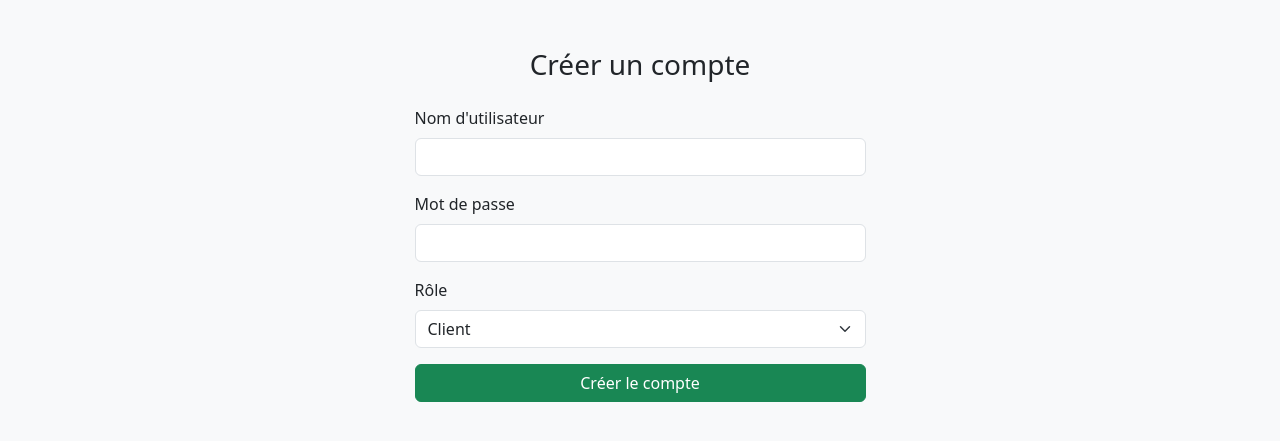
Repository: SaharGab/LocationsMaisons-JavaEE-VelvetEscape
Page: http://localhost/LocationMaisons/pages/register.jsp
These files come from the project's save history. The page is drawn as it stood at one moment and after the next save; the edit follows.
The browser window is 1280 px wide. The pictures show the whole page.
The page is served by Tomcat 10. Other server files are loaded and not shown.

Above is the page before, as saved 2025-04-22 19:23:37.

### LocationMaisons/src/main/webapp/pages/register.jsp
<%@ page language="java" contentType="text/html; charset=UTF-8" pageEncoding="UTF-8"%>
<!DOCTYPE html>
<html>
<head>
    <meta charset="UTF-8">
    <title>Créer un compte</title>
    <!-- Bootstrap CDN -->
    <link href="https://cdn.jsdelivr.net/npm/bootstrap@5.3.0/dist/css/bootstrap.min.css" rel="stylesheet">
</head>
<body class="bg-light">

<div class="container mt-5">
    <div class="row justify-content-center">
        <div class="col-md-5">
            <h3 class="text-center mb-4">Créer un compte</h3>

            <form action="RegisterServlet" method="post">
                <div class="mb-3">
                    <label for="username" class="form-label">Nom d'utilisateur</label>
                    <input type="text" class="form-control" id="username" name="username" required>
                </div>

                <div class="mb-3">
                    <label for="password" class="form-label">Mot de passe</label>
                    <input type="password" class="form-control" id="password" name="password" required>
                </div>

                <div class="mb-3">
                    <label for="role" class="form-label">Rôle</label>
                    <select class="form-select" id="role" name="role" required>
                        <option value="client">Client</option>
                        <option value="agent">Agent</option>
                        <option value="admin">Admin</option>
                    </select>
                </div>

                <button type="submit" class="btn btn-success w-100">Créer le compte</button>
            </form>

            <% String message = (String) request.getAttribute("message");
               if (message != null) { %>
                <div class="alert alert-info mt-3"><%= message %></div>
            <% } %>

        </div>
    </div>
</div>

</body>
</html>

After the next save:
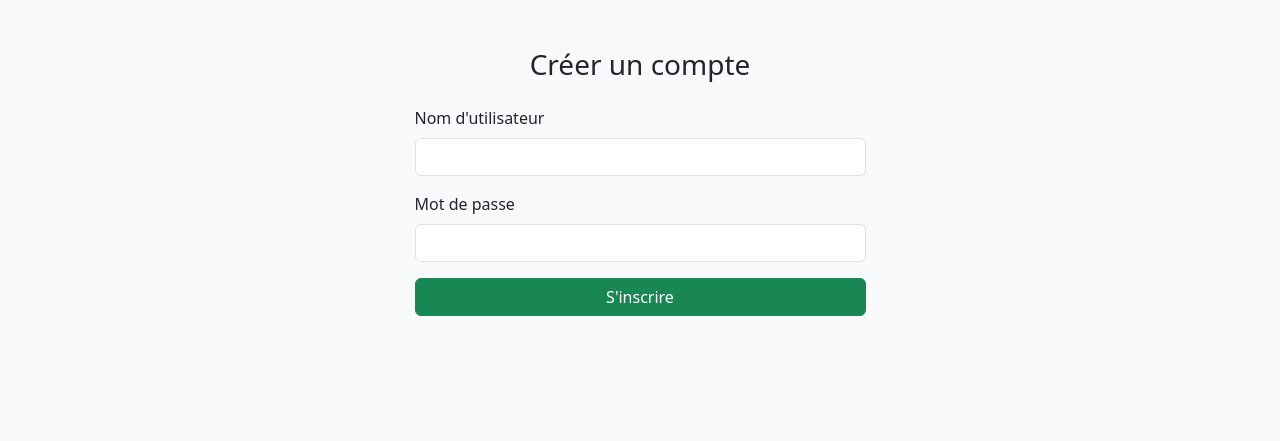
Saved 35 min 10 s later.
--- a/LocationMaisons/src/main/webapp/pages/register.jsp
+++ b/LocationMaisons/src/main/webapp/pages/register.jsp
@@ -4,7 +4,6 @@
 <head>
     <meta charset="UTF-8">
     <title>Créer un compte</title>
-    <!-- Bootstrap CDN -->
     <link href="https://cdn.jsdelivr.net/npm/bootstrap@5.3.0/dist/css/bootstrap.min.css" rel="stylesheet">
 </head>
 <body class="bg-light">
@@ -14,7 +13,7 @@
         <div class="col-md-5">
             <h3 class="text-center mb-4">Créer un compte</h3>
 
-            <form action="RegisterServlet" method="post">
+            <form method="post" action="RegisterServlet">
                 <div class="mb-3">
                     <label for="username" class="form-label">Nom d'utilisateur</label>
                     <input type="text" class="form-control" id="username" name="username" required>
@@ -25,16 +24,7 @@
                     <input type="password" class="form-control" id="password" name="password" required>
                 </div>
 
-                <div class="mb-3">
-                    <label for="role" class="form-label">Rôle</label>
-                    <select class="form-select" id="role" name="role" required>
-                        <option value="client">Client</option>
-                        <option value="agent">Agent</option>
-                        <option value="admin">Admin</option>
-                    </select>
-                </div>
-
-                <button type="submit" class="btn btn-success w-100">Créer le compte</button>
+                <button type="submit" class="btn btn-success w-100">S'inscrire</button>
             </form>
 
             <% String message = (String) request.getAttribute("message");
